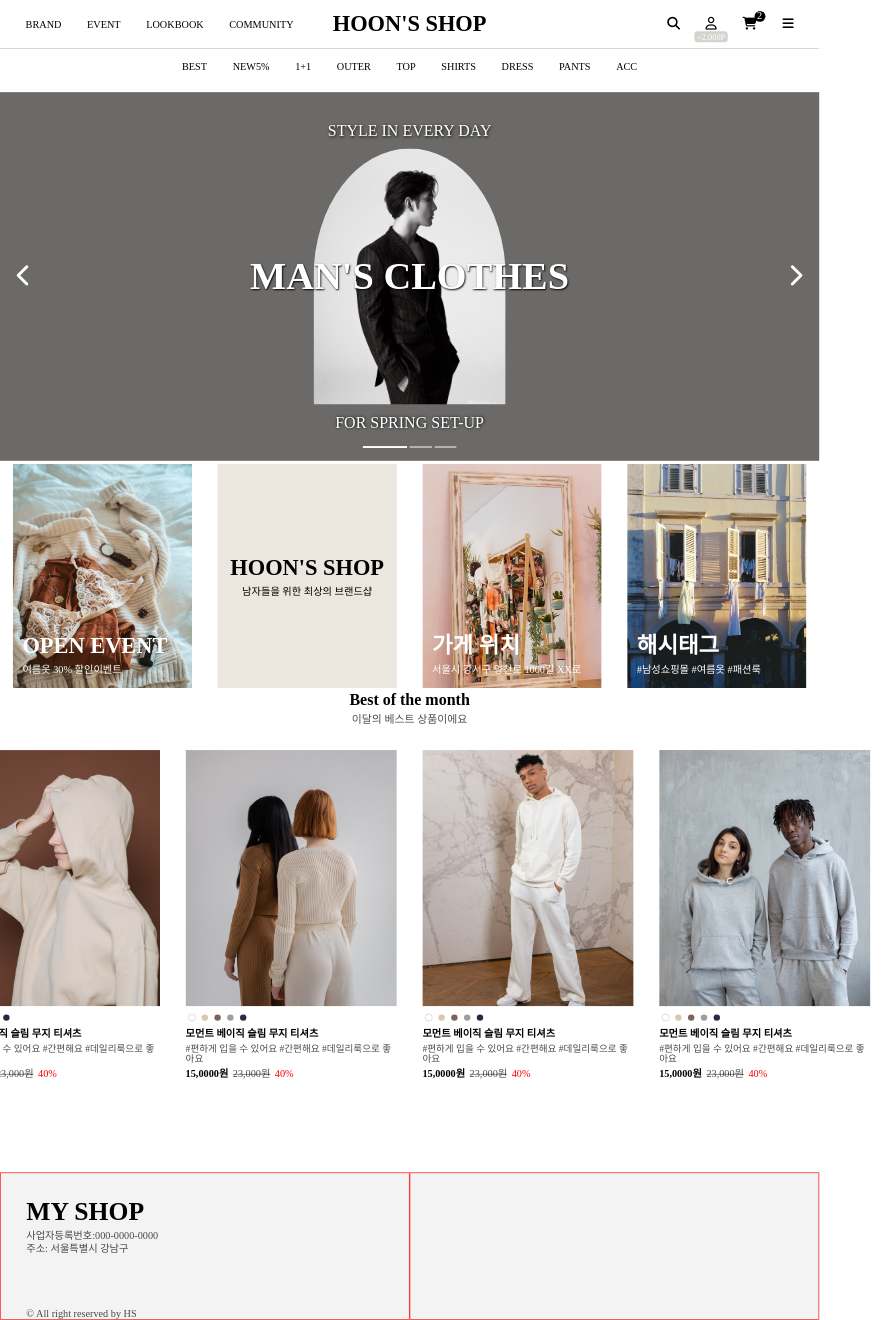
Repository: Iimchaehoon/cafeProject
Page: src/index.html
An editor plug-in stored every save of this project. The page is shown before and after the next save, followed by the edit.
The browser window is 1280 px wide. The page is 1380 px wide, so the pictures cover 1380 px, including what lies to the right of the window. The pictures show the whole page, at 64% of full size.
Some web fonts or font styles are not loaded; a fallback is used. Some web libraries are served in a nearby version.

Above is the page before, as saved 2024-07-24 23:28:11.

After the next save:
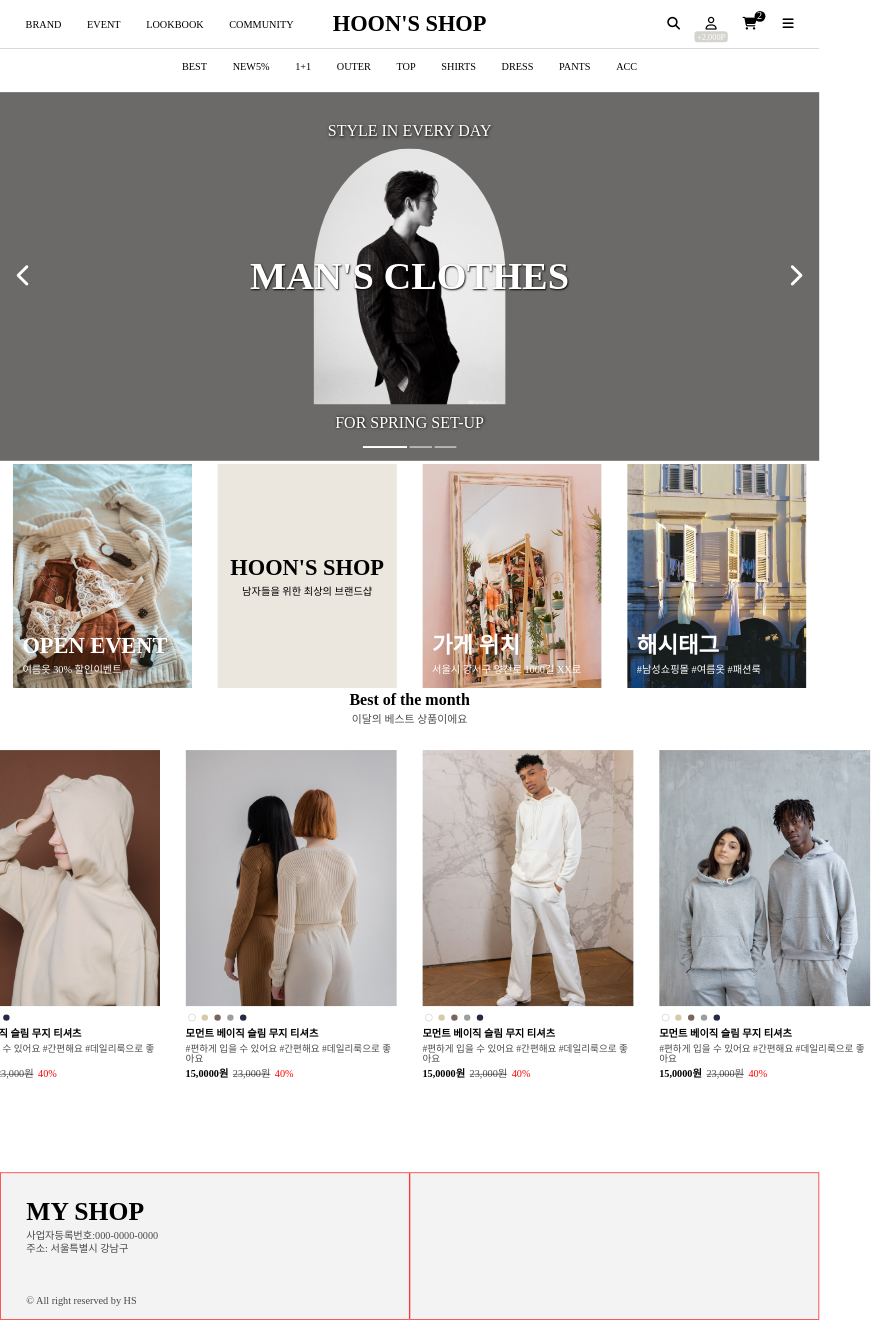
Saved 8 s later.
--- a/src/css/components/footer.css
+++ b/src/css/components/footer.css
@@ -18,7 +18,7 @@
 }
 .footer_copy-right {
   position: relative;
-  bottom: -80px;
+  bottom: -60px;
 }
 
 .footer_title {
